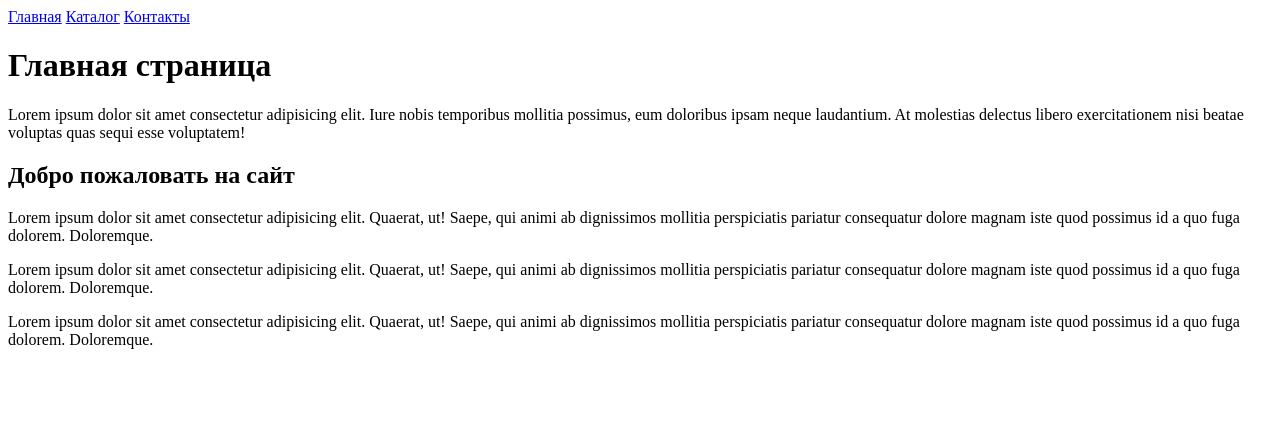
Repository: Alekseiy1980/Catalog
Page: index.html
The author's editor kept a copy of each file at every save. The page is drawn from the files as they stood at one save, then again after the next save.
The browser window is 1280 px wide. The pictures show the whole page.

Above is the page before, as saved 2024-01-13 16:15:45.

After the next save:
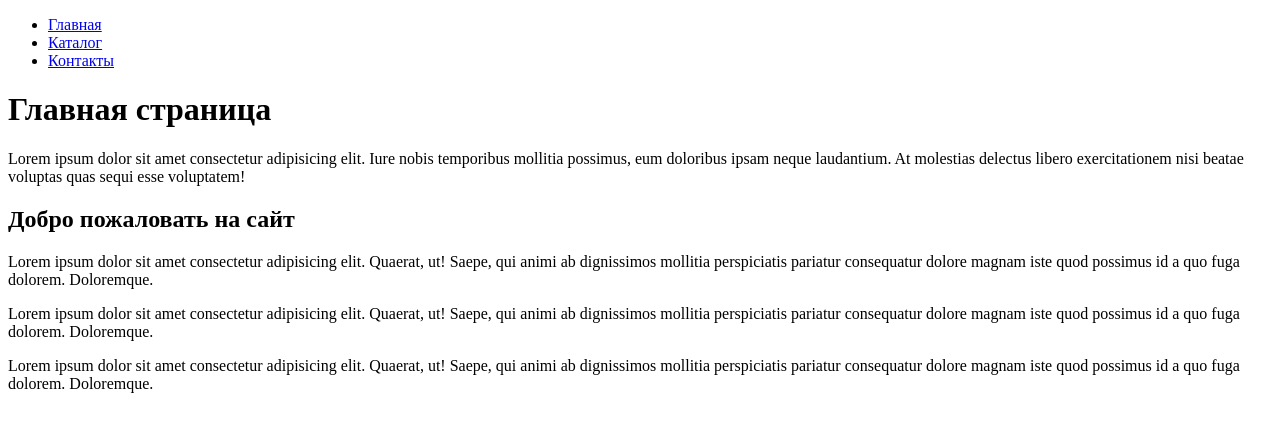
Saved 62 s later.
--- a/index.html
+++ b/index.html
@@ -7,9 +7,26 @@
     <title>Document</title>
 </head>
 <body>
-    <a href="#">Главная</a>
-    <a href="/catalog/catalog.html">Каталог</a>
-    <a href="contacts.html">Контакты</a>
+    <nav class="conteiner">
+        <div class="menu">
+            <ul class="menu_list">
+                <li class="menu_item">
+                    <a href="#">Главная</a>
+                </li>
+                <li class="menu_item">
+                    <a href="/catalog/catalog.html">Каталог</a>
+                </li>
+                <li class="menu_item">
+                    <a href="contacts.html">Контакты</a>
+                </li>
+            </ul>
+        </div>
+    </nav>
+
+
+
+
+
     <h1>Главная страница</h1>
     <p>Lorem ipsum dolor sit amet consectetur adipisicing elit. Iure nobis temporibus mollitia possimus, eum doloribus ipsam neque laudantium. At molestias delectus libero exercitationem nisi beatae voluptas quas sequi esse voluptatem!</p>
     <h2>Добро пожаловать на сайт</h2>
